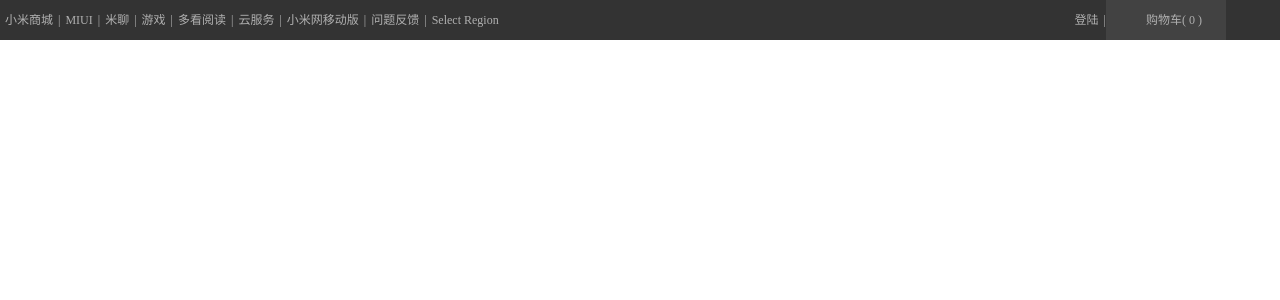
Repository: jijiajia19/mvue-by-jacle
Page: /
The author's editor kept a copy of each file at every save. The page is drawn from the files as they stood at one save, then again after the next save.
The browser window is 1280 px wide. The pictures show the whole page.
The project was rebuilt for these pictures with package versions that can differ from the ones it lists, and the page was loaded fresh each time. Also part of the build but not shown: vue.config.js.

Above is the page before, as saved 2022-02-22 15:28:11.

After the next save:
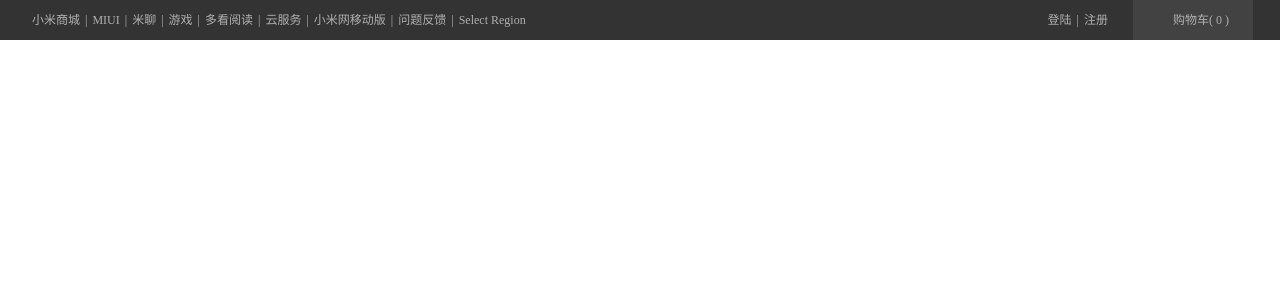
Saved 93 s later.
--- a/src/components/Header.vue
+++ b/src/components/Header.vue
@@ -102,7 +102,11 @@ export default {
 
 <style scoped lang="less">
 .h {
+    position: relative;
     width: 1226px;
+    margin: 0 auto;
+    font-size: 12px;
+    z-index: 11;
 }
 .container {
     width: 100%;
